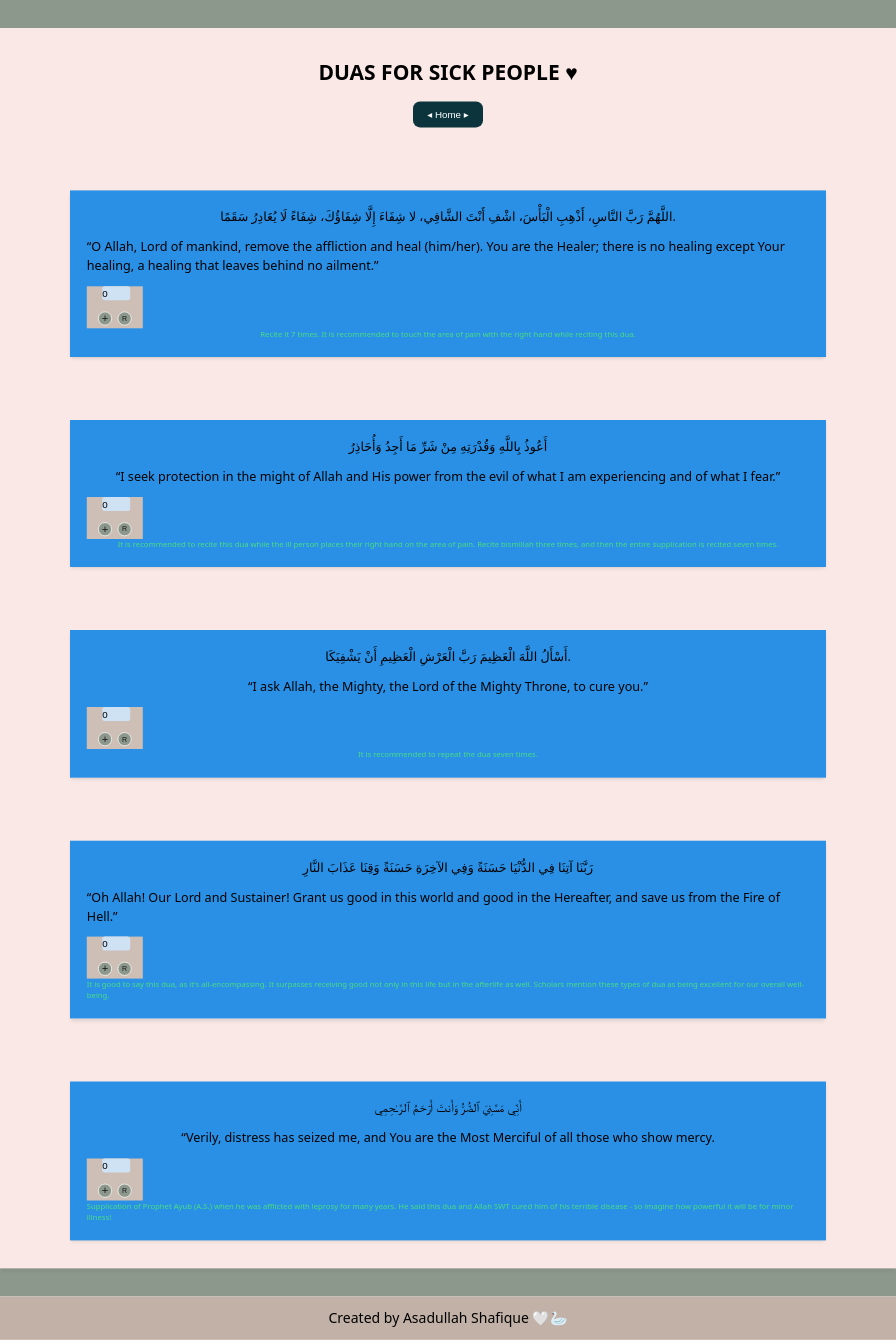
Repository: asadullah48/Duas_Diary
Page: /sick
These files come from the project's save history. The page is drawn as it stood at one moment and after a run of saves; the edit follows.
The browser window is 1280 px wide. The pictures show the whole page, at 70% of full size.
The project was rebuilt for these pictures with package versions that can differ from the ones it lists, and the page was loaded fresh each time. The framework's server and built-in components were replaced by stand-ins that run in the browser. Also part of the build but not shown: next.config.ts.

Above is the page before, as saved 2024-11-30 10:08:48.

### src/app/layout.tsx
import type { Metadata } from "next";
import localFont from "next/font/local";
import "./globals.css";
import Footer from "../components/footer";

const geistSans = localFont({
  src: "./fonts/GeistVF.woff",
  variable: "--font-geist-sans",
  weight: "100 900",
});
const geistMono = localFont({
  src: "./fonts/GeistMonoVF.woff",
  variable: "--font-geist-mono",
  weight: "100 900",
});

export const metadata: Metadata = {
  title: "Create Next App",
  description: "Generated by create next app",
};

export default function RootLayout({
  children,
}: Readonly<{
  children: React.ReactNode;
}>) {
  return (
    <html lang="en">
      <body
        className={`${geistSans.variable} ${geistMono.variable} antialiased`}
      >
        {children}
        <Footer/>
      </body>
    </html>
  );
}

### src/app/sick/page.tsx
import Link from "next/link";
import LightPinkSection from "@/components/props";
import Button from "@/components/button";

export default function Sick() {
  return (
    <div className="w-full h-auto bg-[#8D988D] flex justify-center items-center py-10">
      <div className="w-[95%] lg:w-[1300px] h-auto bg-[#F9E8E5] p-5 lg:p-10 rounded-md shadow-md">
        <div className="font-sans font-bold text-[24px] lg:text-[30px] text-black text-center mb-5">
          DUAS FOR SICK PEOPLE ♥
        </div>
        <Link href="/">
          <button className="bg-[#0c343d] text-white text-[12px] lg:text-[14px] mt-3 mb-5 mx-auto block rounded-[10px] px-5 py-2">
            ◂ Home ▸
          </button>
        </Link>

        {/* Dua Sections */}
        <LightPinkSection
          paragraph="اللَّهُمَّ رَبَّ النَّاسِ، أَذْهِبِ الْبَأْسَ، اشْفِ أَنْتَ الشَّافِي، لا شِفَاءَ إِلَّا شِفَاؤُكَ، شِفَاءً لَا يُغَادِرُ سَقَمًا."
          paragraph2="“O Allah, Lord of mankind, remove the affliction and heal (him/her). You are the Healer; there is no healing except Your healing, a healing that leaves behind no ailment.”"
          buttonText={<Button />}
          note="Recite it 7 times. It is recommended to touch the area of pain with the right hand while reciting this dua."
        />
        <LightPinkSection
          paragraph="أَعُوذُ بِاللَّهِ وَقُدْرَتِهِ مِنْ شَرِّ مَا أَجِدُ وَأُحَاذِرُ"
          paragraph2="“I seek protection in the might of Allah and His power from the evil of what I am experiencing and of what I fear.”"
          buttonText={<Button />}
          note="It is recommended to recite this dua while the ill person places their right hand on the area of pain. Recite bismillah three times, and then the entire supplication is recited seven times."
        />
        <LightPinkSection
          paragraph="أَسْأَلُ اللَّهَ الْعَظِيمَ رَبَّ الْعَرْشِ الْعَظِيمِ أَنْ يَشْفِيَكَا."
          paragraph2="“I ask Allah, the Mighty, the Lord of the Mighty Throne, to cure you.”"
          buttonText={<Button />}
          note="It is recommended to repeat the dua seven times."
        />
        <LightPinkSection
          paragraph="رَبَّنَا آتِنَا فِي الدُّنْيَا حَسَنَةً وَفِي الآخِرَةِ حَسَنَةً وَقِنَا عَذَابَ النَّارِ"
          paragraph2="“Oh Allah! Our Lord and Sustainer! Grant us good in this world and good in the Hereafter, and save us from the Fire of Hell.”"
          buttonText={<Button />}
          note="It is good to say this dua, as it's all-encompassing. It surpasses receiving good not only in this life but in the afterlife as well. Scholars mention these types of dua as being excellent for our overall well-being."
        />
        <LightPinkSection
          paragraph="أَنِّي مَسَّنِيَ ٱلضُّرُّ وَأَنتَ أَرۡحَمُ ٱلرَّـٰحِمِي"
          paragraph2="“Verily, distress has seized me, and You are the Most Merciful of all those who show mercy."
          buttonText={<Button />}
          note="Supplication of Prophet Ayub (A.S.) when he was afflicted with leprosy for many years. He said this dua and Allah SWT cured him of his terrible disease - so imagine how powerful it will be for minor illness!"
        />
      </div>
    </div>
  );
}

### src/components/footer.tsx
// components/Footer.tsx
export default function Footer() {
    return (
      <footer className="w-full bg-[#C1B1A6] py-4">
        <div className="text-center text-black font-sans text-[16px] sm:text-[18px] lg:text-[20px]">
          Created by Asadullah Shafique 🤍🦢
        </div>
      </footer>
    );
  }

### src/components/props.tsx
import { ReactNode } from "react";

type SectionProps = {
  paragraph: string;
  buttonText: ReactNode;
  paragraph2: string;
  note: string; // Allows JSX elements, strings, or components
};

export default function LightPinkSection({
  paragraph,
  buttonText,
  paragraph2,
  note,
}: SectionProps) {
  return (
    <div className="w-[90%] bg-[#218de6f5] p-6 rounded-lg mx-auto shadow-md mt-[90px]">
      <p className="text-black text-[18px] font-sans mb-4 flex justify-center">
        {paragraph}
      </p>
      <p className="text-black text-[18px] font-sans mb-4 flex justify-center">
        {paragraph2}
      </p>
      <div>{buttonText}</div>
      <p className="text-green-400 text-[11px] font-sans flex justify-center">
        {note}
      </p>
    </div>
  );
}

### src/components/button.tsx
"use client";

import { useState } from "react";

export default function Button() {
  // hook, event ke against ui ko update krna
  let [count, setcount] = useState(0); //returns array ik element hota hai jese yaha pr 0 hai  ik function aur jo function hota hai woh humari value hoti h
  console.log(count);

  const handleClick = () => {
    setcount(count + 1); //re-renders new value
  };

  const handleReset = () => {
    setcount(0); // reset back to 0
  };

  return (
    <div className="bg-[#CEBFB6] w-[80px] h-[60px] flex flex-col items-center justify-between">
      <p className="text-black w-[40px] flex text-sm bg-[#cfe2f3] rounded ml-1">
        {count}
      </p>

      <div className="flex space-x-2 mt-2">
        <button
          onClick={handleClick}
          className="bg-[#8D988D] w-[20px] h-[20px] px-1 py-1 rounded-full border mt-1 mb-1 border-white flex items-center justify-center text-center"
        >
          +
        </button>

        {/* Reset Button */}
        <button
          onClick={handleReset}
          className="bg-[#8D988D] w-[20px] h-[20px] px-1 py-1 rounded-full border mt-1 mb-1 border-white flex items-center justify-center text-[10px] text-center"
        >
          R
        </button>
      </div>
    </div>
  );
}

Loaded but not shown: src/app/globals.css (common file); tailwind.config.ts (common file)

After the next 2 saves:
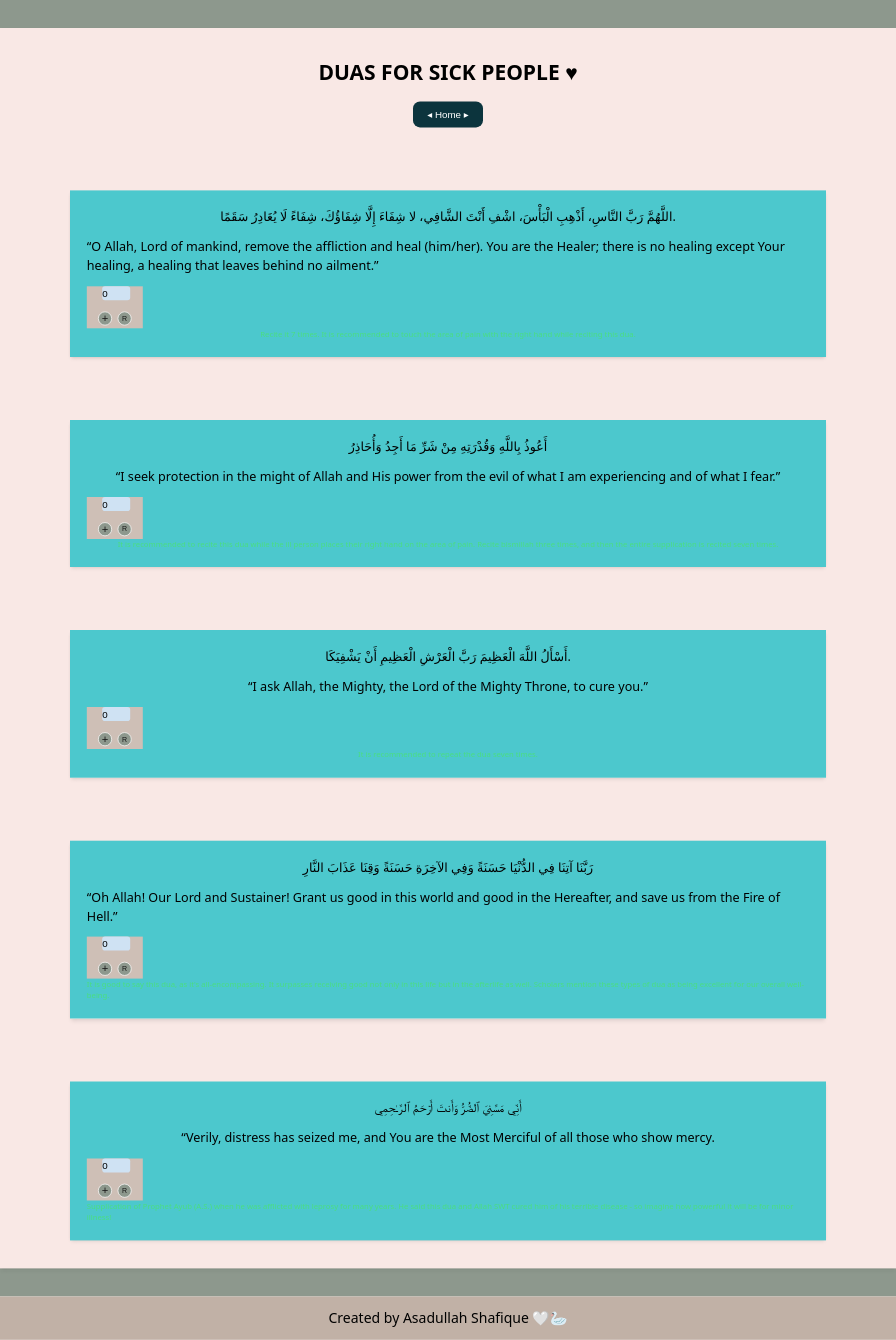
The 2 saves are shown as one change because they came seconds apart.
The last was saved 24 s later.
--- a/src/components/props.tsx
+++ b/src/components/props.tsx
@@ -14,7 +14,7 @@ export default function LightPinkSection({
   note,
 }: SectionProps) {
   return (
-    <div className="w-[90%] bg-[#218de6f5] p-6 rounded-lg mx-auto shadow-md mt-[90px]">
+    <div className="w-[90%] bg-[#45c7ccf5] p-6 rounded-lg mx-auto shadow-md mt-[90px]">
       <p className="text-black text-[18px] font-sans mb-4 flex justify-center">
         {paragraph}
       </p>
